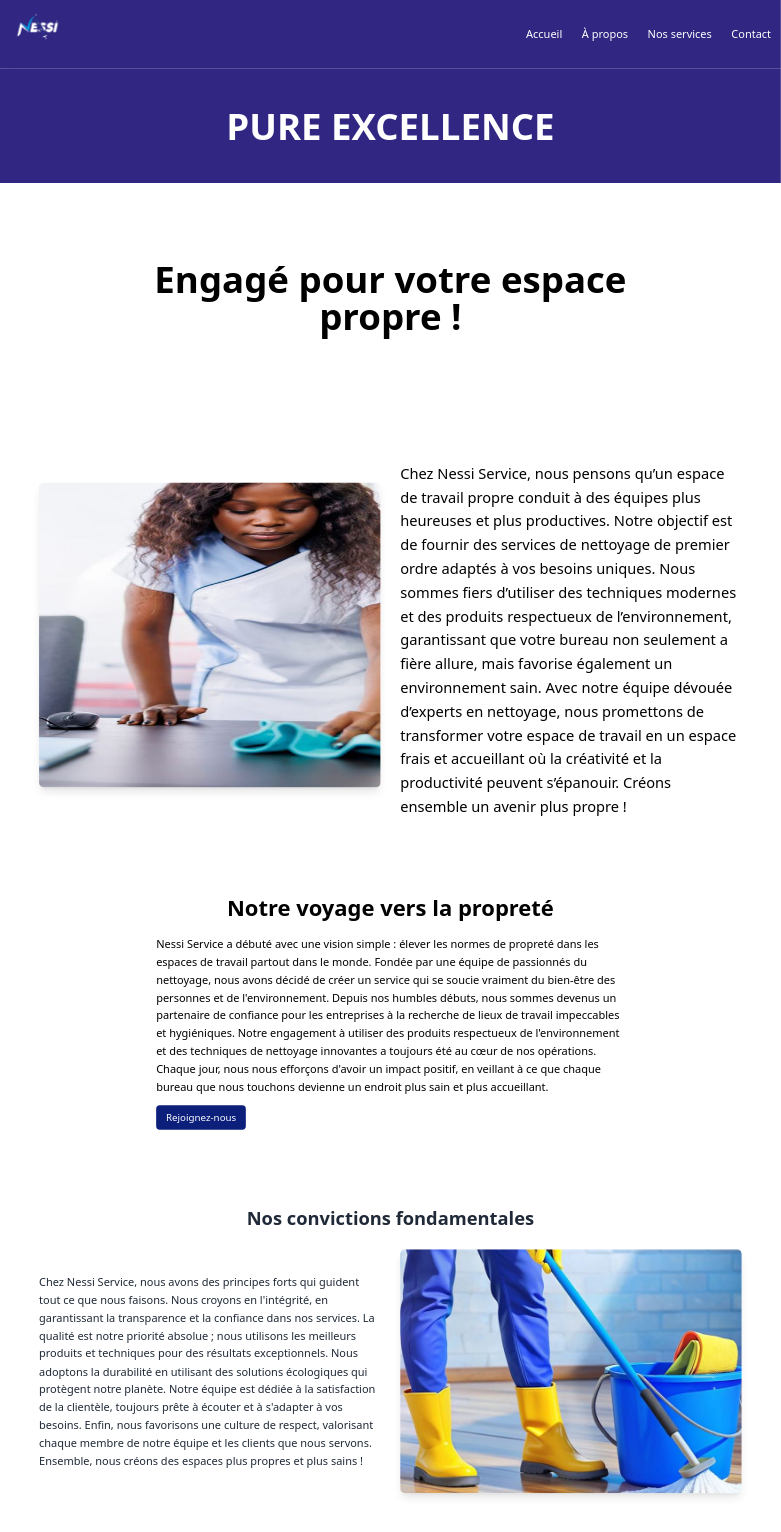
Repository: MDiouf9/Nessi
Page: /About
An editor plug-in stored every save of this project. The page is shown before and after a run of saves, followed by the edit.
The browser window is 1280 px wide. The pictures show the whole page, at 61% of full size.
The project was rebuilt for these pictures with package versions that can differ from the ones it lists, and the page was loaded fresh each time. Also part of the build but not shown: vite.config.js, src/Global.css, src/App.css, src/components/Footer.jsx, src/Pages/Home.jsx, src/Pages/NotFound.jsx, src/components/Countries.jsx, src/Pages/Services.jsx and 1 more.

Above is the page before, as saved 2025-03-10 18:44:18.

### src/main.jsx
import { StrictMode } from 'react'
import { createRoot } from 'react-dom/client'
import './index.css'
import './Global.css'
import App from './App.jsx'

createRoot(document.getElementById('root')).render(
  <StrictMode>
    <App />
  </StrictMode>,
)

### src/index.css
@tailwind base;
@tailwind components;
@tailwind utilities;
























/* :root {
  font-family: Inter, system-ui, Avenir, Helvetica, Arial, sans-serif;
  line-height: 1.5;
  font-weight: 400;

  color-scheme: light dark;
  color: rgba(255, 255, 255, 0.87);
  background-color: #242424;

  font-synthesis: none;
  text-rendering: optimizeLegibility;
  -webkit-font-smoothing: antialiased;
  -moz-osx-font-smoothing: grayscale;
}

a {
  font-weight: 500;
  color: #646cff;
  text-decoration: inherit;
}
a:hover {
  color: #535bf2;
}

body {
  margin: 0;
  display: flex;
  place-items: center;
  min-width: 320px;
  min-height: 100vh;
}

h1 {
  font-size: 3.2em;
  line-height: 1.1;
}

button {
  border-radius: 8px;
  border: 1px solid transparent;
  padding: 0.6em 1.2em;
  font-size: 1em;
  font-weight: 500;
  font-family: inherit;
  background-color: #1a1a1a;
  cursor: pointer;
  transition: border-color 0.25s;
}
button:hover {
  border-color: #646cff;
}
button:focus,
button:focus-visible {
  outline: 4px auto -webkit-focus-ring-color;
}

@media (prefers-color-scheme: light) {
  :root {
    color: #213547;
    background-color: #ffffff;
  }
  a:hover {
    color: #747bff;
  }
  button {
    background-color: #f9f9f9;
  }
} */

### src/App.jsx

import { BrowserRouter , Routes, Route  } from "react-router-dom"
// import reactLogo from './assets/react.svg'
// import viteLogo from '/vite.svg'
import './App.css'
import Home from './Pages/Home'
import NotFound from './Pages/NotFound'
import About from './Pages/About'
import Countries from './components/Countries'
import Services from './Pages/Services'
import Contact from './Pages/Contact'


function App() {

  return (
    <>
     <BrowserRouter>
      <Routes>
        <Route path="/"  element={<Home />} />
        <Route path='/About' element={<About/>} />
        <Route path='/Services' element={<Services/>} />
        <Route path='/Contact' element={<Contact/>} />
        <Route path='/Countries' element={<Countries/>} />
        <Route path='*' element={<NotFound/>} />
      </Routes>
    </BrowserRouter>

    </>
  )
}

export default App

### src/Pages/About.jsx

import Header from '../components/Header'
import SectionWithImage from '../components/Sectionlesft'
import regulier from "../assets/fememenage.png";
import propre from "../assets/mrpropre.png";
import SectionWithTitle from '../components/SectionTitle';
import OurJourneySection from '../components/SectionTexte';


const About = () => {
  return (
    <div>

        <Header/>
        <section className="bg-[#312783] text-white py-16 flex justify-center items-center">
      <h1 className="text-4xl md:text-6xl font-bold">PURE EXCELLENCE</h1>
    </section>
    {/* section 2 */}
    <section className=" text-white py-16 flex justify-center items-center">
      <h1 className="text-4xl md:text-6xl font-bold"> <section className=" text-black py-16 flex justify-center items-center">
      <h1 className="text-4xl md:text-6xl font-bold text-center">Engagé pour votre espace <br /> propre !</h1>
    </section></h1>
    </section>

        <SectionWithImage
             imageSrc={regulier} // Image à afficher
             altText="Nettoyage en action" // Texte alternatif
             title="" // Titre de la section
             content="Chez Nessi Service, nous pensons qu’un espace de travail propre conduit à des équipes plus heureuses et plus productives. Notre objectif est de fournir des services de nettoyage de premier ordre adaptés à vos besoins uniques. Nous sommes fiers d’utiliser des techniques modernes et des produits respectueux de l’environnement, garantissant que votre bureau non seulement a fière allure, mais favorise également un environnement sain. Avec notre équipe dévouée d’experts en nettoyage, nous promettons de transformer votre espace de travail en un espace frais et accueillant où la créativité et la productivité peuvent s’épanouir. Créons ensemble un avenir plus propre !"
           />

<OurJourneySection />


<SectionWithTitle
  imageSrc={propre}
  altText="Nettoyage professionnel"
  title="Nos convictions fondamentales"
  content=" Chez Nessi Service, nous avons des principes forts qui guident tout ce que nous faisons. Nous croyons en l'intégrité, en garantissant la transparence et la confiance dans nos services. La qualité est notre priorité absolue ; nous utilisons les meilleurs produits et techniques pour des résultats exceptionnels. Nous adoptons la durabilité en utilisant des solutions écologiques qui protègent notre planète. Notre équipe est dédiée à la satisfaction de la clientèle, toujours prête à écouter et à s'adapter à vos besoins. Enfin, nous favorisons une culture de respect, valorisant chaque membre de notre équipe et les clients que nous servons. Ensemble, nous créons des espaces plus propres et plus sains !"
/>

    </div>
  )
}

export default About

### src/components/Header.jsx
import  { useState } from "react";
import { Link } from "react-router-dom";
import logo from "../assets/logo1.png";

const navLinks = [
  { name: "Accueil", path: "/" },
  { name: "À propos", path: "/about" },
  { name: "Nos services", path: "/services" },
  { name: "Contact", path: "/contact" }
];

const Header = () => {
  const [isMenuOpen, setIsMenuOpen] = useState(false); // État pour gérer l'ouverture du menu mobile

  return (
    <header className="bg-[#312783] text-white p-4 shadow-lg">
      <div className="container mx-auto flex justify-between items-center">
        {/* Logo */}
        <img src={logo} alt="Logo" className="h-20" />

        {/* Menu burger pour mobile */}
        <button
          className="lg:hidden text-white text-2xl"
          onClick={() => setIsMenuOpen(!isMenuOpen)}
          aria-label="Toggle Menu"
        >
          {isMenuOpen ? (
            <span>&#10005;</span>  // Croix de fermeture du menu
          ) : (
            <span>&#9776;</span>  // Icône hamburger
          )}
        </button>

        {/* Navigation */}
        <nav className={`lg:flex ${isMenuOpen ? "block" : "hidden"} lg:bg-transparent bg-[#312783]`}>
          <ul className="lg:flex lg:space-x-8 flex-col lg:flex-row space-y-4 lg:space-y-0 p-6 lg:p-0">
            {navLinks.map((link, index) => (
              <li key={index} className="relative">
                <Link
                  to={link.path}
                  className="hover:text-gray-300 text-lg transition-colors duration-300 ease-in-out"
                >
                  {link.name}
                </Link>
                {/* Ajouter une barre sous le lien actif */}
              </li>
            ))}
          </ul>
        </nav>
      </div>


    </header>
  );
};

export default Header;

### src/components/Sectionlesft.jsx
const SectionWithImage = ({ imageSrc, altText, title, content }) => {
    return (
      <section className="bg-white py-16 px-6 md:px-16">
        <div className="container mx-auto flex flex-col md:flex-row items-center gap-8">
          {/* Image à gauche */}
          <div className="md:w-1/2 flex justify-aound items-center">
            <img src={imageSrc} alt={altText} className="w-full h-full max-h-[500px] object-center  rounded-lg shadow-lg" />
          </div>

          {/* Texte à droite */}
          <div className="md:w-1/2 flex flex-col justify-center h-full">
            <h2 className="text-3xl font-bold mb-4">{title}</h2>
            <p className="text-2xl leading-relaxed">{content}</p>
          </div>
        </div>
      </section>
    );
  };

  export default SectionWithImage;

### src/components/SectionTitle.jsx
const SectionWithTitle = ({ imageSrc, altText, title, content }) => {
    return (
      <section className="bg-white py-16 px-6 md:px-16">
        <div className="container mx-auto text-center mb-8">
          <h2 className="text-3xl font-bold text-gray-800">{title}</h2>
        </div>

        <div className="container mx-auto flex flex-col md:flex-row items-center gap-8">
          {/* Texte à gauche */}
          <div className="md:w-1/2 flex flex-col justify-center h-full text-gray-800">
            <p className="text-lg leading-relaxed">{content}</p>
          </div>

          {/* Image à droite */}
          <div className="md:w-1/2 flex justify-center items-center">
            <img src={imageSrc} alt={altText} className="w-full h-full max-h-[400px] object-cover rounded-lg shadow-lg" />
          </div>
        </div>
      </section>
    );
  };

  export default SectionWithTitle;

### src/components/SectionTexte.jsx
const OurJourneySection = () => {
    return (
      <section className="text-black py-16 px-6 md:px-16">
        <div className="container mx-auto text-center">
          {/* Titre */}
          <h2 className="text-4xl font-bold mb-6">Notre voyage vers la propreté</h2>

          {/* Texte + bouton aligné à gauche */}
          <div className="max-w-3xl mx-auto text-left">
            <p className="text-lg leading-relaxed">
              Nessi Service a débuté avec une vision simple : élever les normes de propreté dans les espaces de travail partout dans le monde.
              Fondée par une équipe de passionnés du nettoyage, nous avons décidé de créer un service qui se soucie vraiment du bien-être des personnes et de l'environnement.
              Depuis nos humbles débuts, nous sommes devenus un partenaire de confiance pour les entreprises à la recherche de lieux de travail impeccables et hygiéniques.
              Notre engagement à utiliser des produits respectueux de l'environnement et des techniques de nettoyage innovantes a toujours été au cœur de nos opérations.
              Chaque jour, nous nous efforçons d'avoir un impact positif, en veillant à ce que chaque bureau que nous touchons devienne un endroit plus sain et plus accueillant.
            </p>

            {/* Bouton aligné à gauche */}
            <div className="mt-4">
              <button className="bg-[#0B1F7B] px-4 py-2 text-white rounded-md">Rejoignez-nous</button>
            </div>
          </div>
        </div>
      </section>
    );
  };

  export default OurJourneySection;

Loaded but not shown: index.html (common file); tailwind.config.js (common file)

After the next 2 saves:
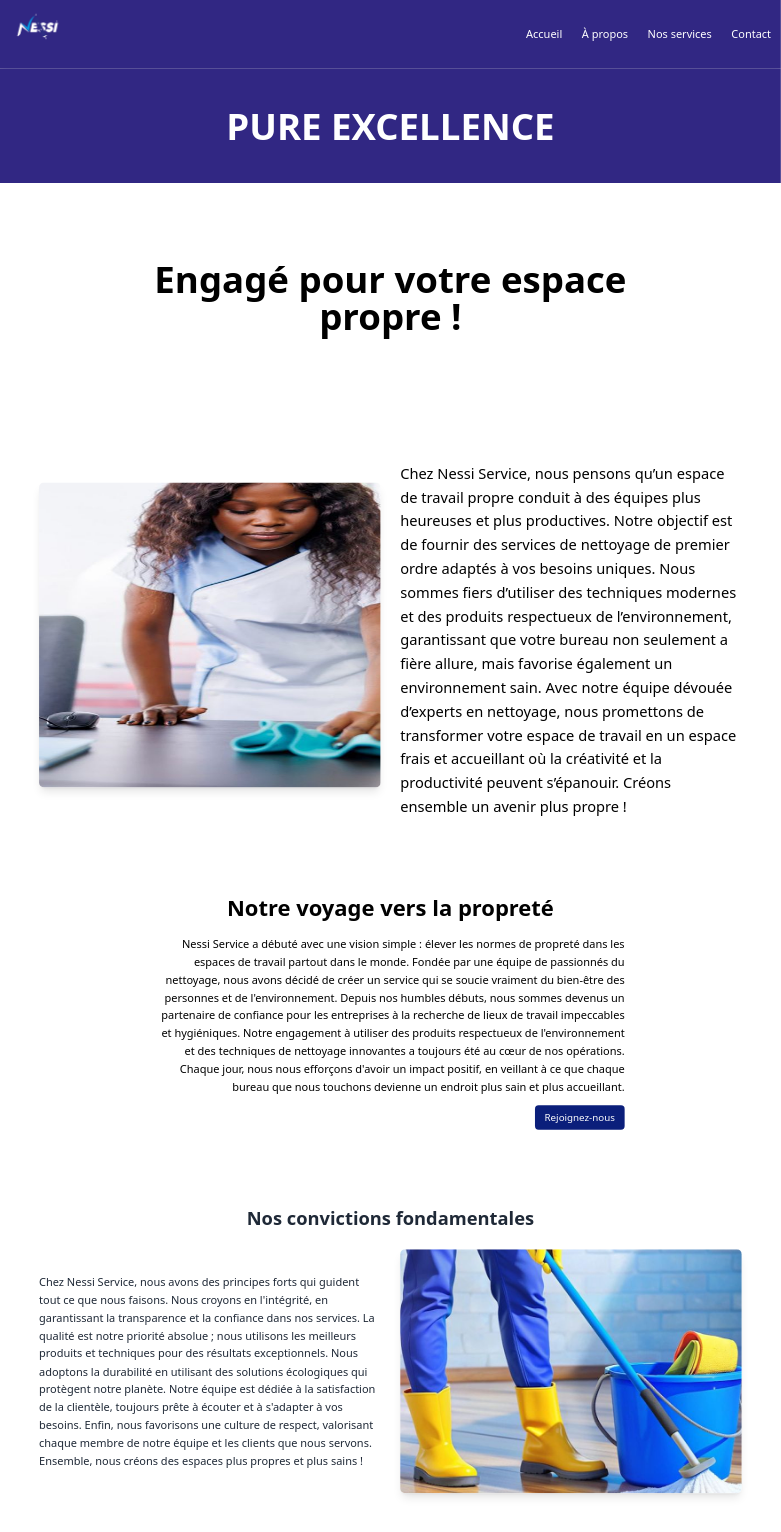
The 2 saves are shown as one change because they came seconds apart.
The last was saved 8 s later.
--- a/src/components/SectionTexte.jsx
+++ b/src/components/SectionTexte.jsx
@@ -6,7 +6,7 @@ const OurJourneySection = () => {
           <h2 className="text-4xl font-bold mb-6">Notre voyage vers la propreté</h2>
 
           {/* Texte + bouton aligné à gauche */}
-          <div className="max-w-3xl mx-auto text-left">
+          <div className="max-w-3xl mx-auto text-right">
             <p className="text-lg leading-relaxed">
               Nessi Service a débuté avec une vision simple : élever les normes de propreté dans les espaces de travail partout dans le monde.
               Fondée par une équipe de passionnés du nettoyage, nous avons décidé de créer un service qui se soucie vraiment du bien-être des personnes et de l'environnement.
